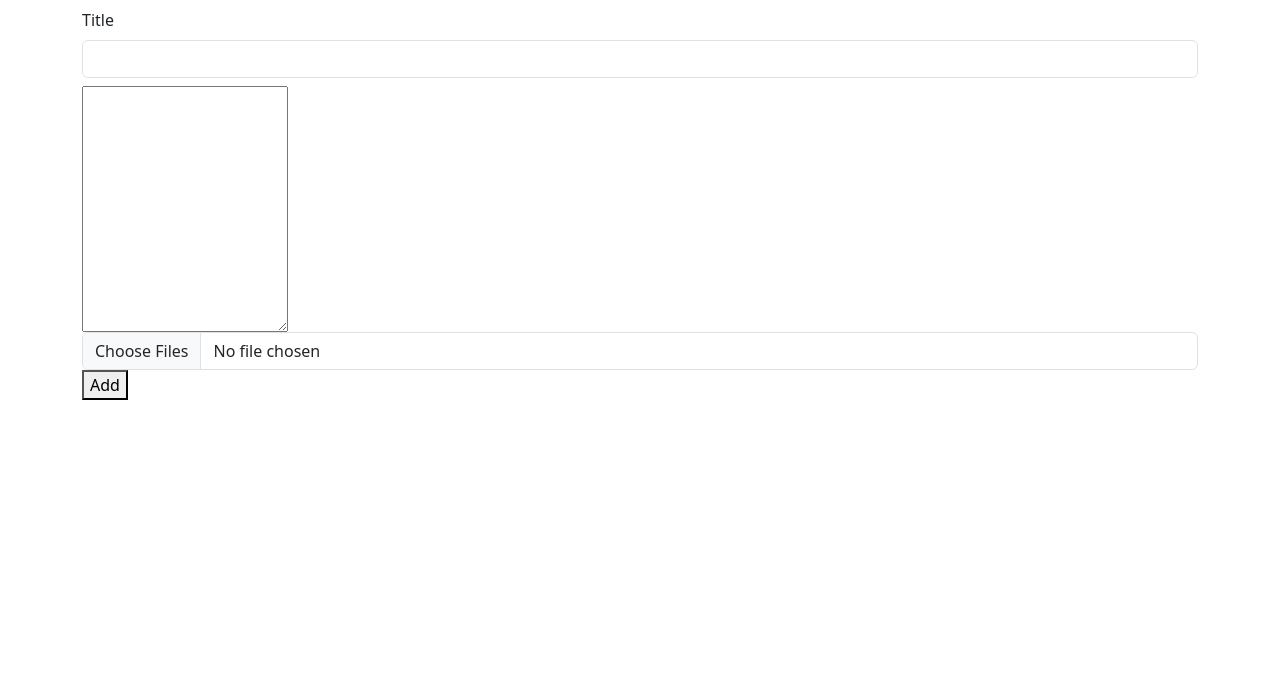
Repository: wasimalbokae2000/blogs
Page: http://localhost/posts/create
The author's editor kept a copy of each file at every save. The page is drawn from the files as they stood at one save, then again after the next save.
The browser window is 1280 px wide. The pictures show the whole page.
The page is served by the project's Laravel application, run on PHP 8.4 with Laravel 12.

Above is the page before, as saved 2024-11-27 23:14:51.

After the next save:
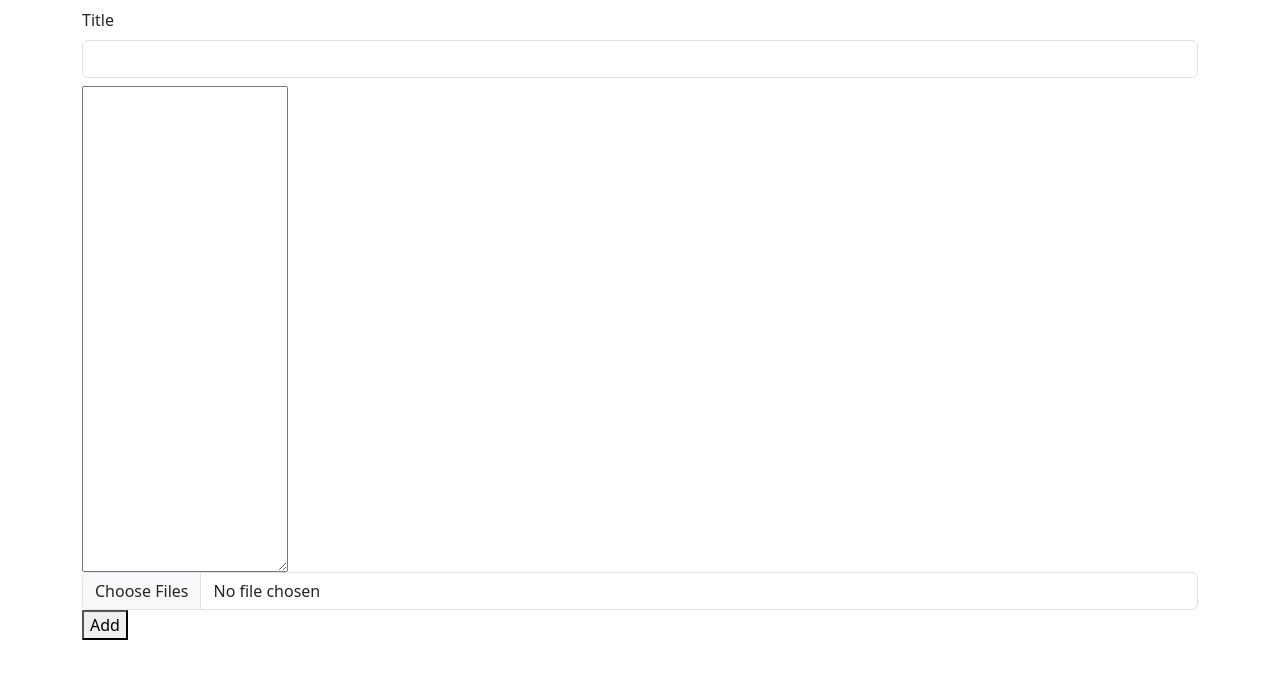
Saved 6 s later.
--- a/resources/views/posts/create.blade.php
+++ b/resources/views/posts/create.blade.php
@@ -8,7 +8,7 @@
             <label for="title" class="form-label">Title</label>
             <input  class="form-control" id="title" >
         </div>
-        <textarea name="description" cols="20" rows="10"></textarea>
+        <textarea name="description" cols="20" rows="20"></textarea>
         <input class="form-control" type="file" name="image[]" multiple>
         <button type="submit">Add</button>
     </form>

After the save that followed:
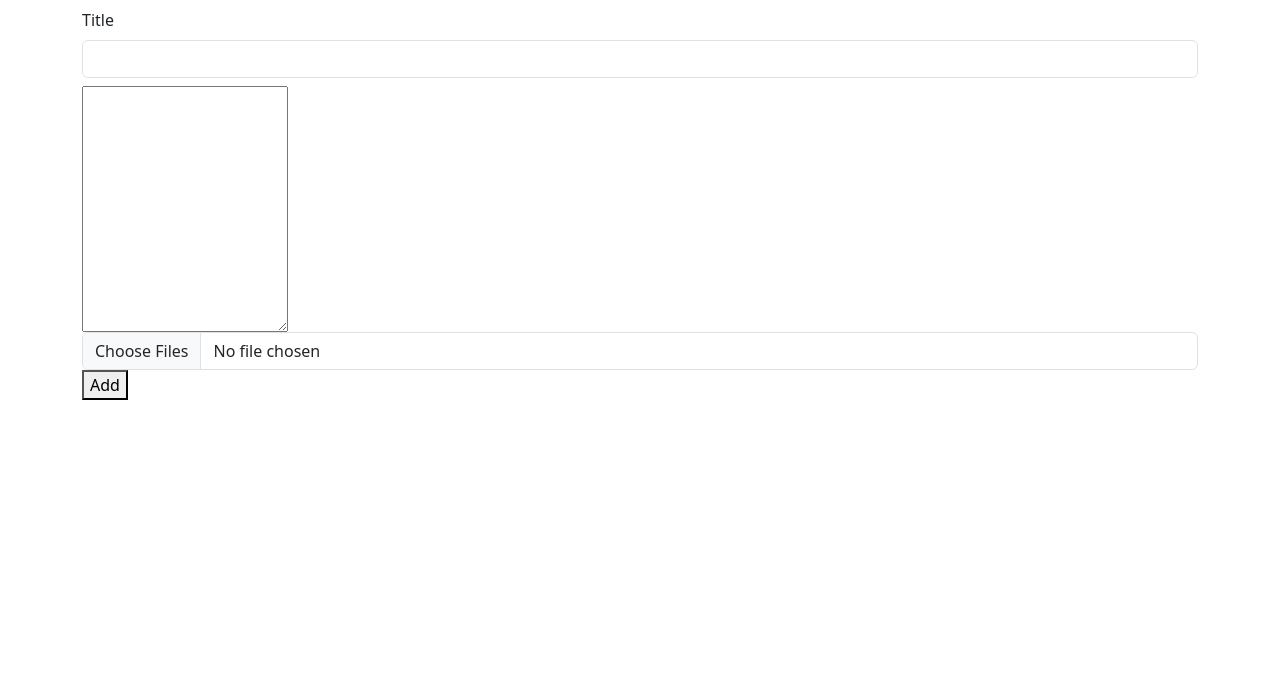
Saved 5 s later.
--- a/resources/views/posts/create.blade.php
+++ b/resources/views/posts/create.blade.php
@@ -8,7 +8,7 @@
             <label for="title" class="form-label">Title</label>
             <input  class="form-control" id="title" >
         </div>
-        <textarea name="description" cols="20" rows="20"></textarea>
+        <textarea name="description" cols="20" rows="10"></textarea>
         <input class="form-control" type="file" name="image[]" multiple>
         <button type="submit">Add</button>
     </form>
